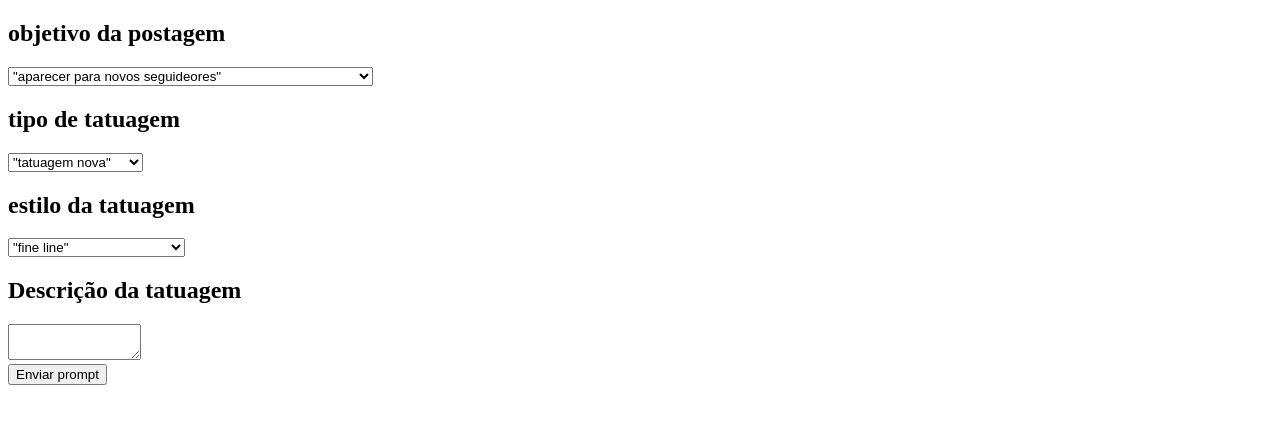
Repository: Ubiratandev/ink_api
Page: ink_IA/ink_ia.html
These files come from the project's save history. The page is drawn as it stood at one moment and after the next save; the edit follows.
The browser window is 1280 px wide. The pictures show the whole page.

Above is the page before, as saved 2026-03-23 23:02:56.

### ink_IA/ink_ia.html
<!DOCTYPE html>
<html>
<head>
    <title>Ink IA</title>
</head>
<body>
   <div class="objetivo">
    <h2>objetivo da postagem</h2>
    <select value = "Objetivo da postagem:" id = "objetivo" onchange={changeObjetivo()}>
    <optgroup>
        <option value = "aparecer para novos seguideores"> "aparecer para novos seguideores"</option>
        <option value = "engajar com pessoas que ja viram as suas postagens">"engajar com pessoas que ja viram as suas postagens"</option>
        <option value = "vender para pessoas que ja engajaram com voce">"vender para pessoas que ja engajaram com voce"</option>
    </optgroup>
   </select>
   <script>
    const changeObjetivo =()=>{
   const objetivo = document.getElementById("objetivo").value;
   }
   </script>
   </div>

   <div class="tipo_tatuagem">


    <h2>tipo de tatuagem</h2>
    <select value = "tipo de tatuagem" id ="tipo" onchange={changeTipo()}>
    <optgroup>
        <option value = "tatuagem nova"> "tatuagem nova"</option>
        <option value = "cobertura">"cobertura"</option>
        <option value = "reforma">"reforma"</option>
    </optgroup>
   </select>
   <script>
   const changeTipo =()=>{
    const tipo = document.getElementById("tipo").value;
   }
   </script>
   </div>



   <div class="estilo da tatuagem">


    <h2>estilo da tatuagem</h2>
    <select value = "estilo da tatuagem" id = "estilo" onchange = {changeEstilo()}>
    <optgroup>
        <option value = "fine line"> "fine line"</option>
        <option value = "realismo preto e cinza">"realismo preto e cinza"</option>
        <option value = "realismo colorido">"realismo colorido"</option>
        <option value = "neotradicional">"neotradicional"</option>

    </optgroup>
   </select>
   <script>
    const changeEstilo = ()=>{
        const estilo = document.getElementById("estilo").value;
    }
   </script>
   </div>


   <div>
    <h2>Descrição da tatuagem</h2>
     <form >
        <textarea row = 3 cols = 14 label ="adicione a descrição da sua tatuagem" id = "descricao"></textarea>
     </form>
     <script>
            let desc = "";
            const descricao = document.getElementById("descricao");
            descricao.addEventListener("input", (e)=>{desc =  e.target.value})
     </script>
   </div>


   <div>
   <button value = "enviar" onclick = {enviarPrompt()}>Enviar prompt</button>
   <script>
    const enviarPrompt =()=>{
        let prompt = `Você é um especialista em marketing para tatuadores.

Crie uma legenda para Instagram com base em:

Descriçao: ${desc}
Tipo: ${tipo.value}
Estilo da tatuagem: ${estilo.value}
Objetivo: ${objetivo.value}


A legenda deve:
- Ser envolvente e natural
- Conversar com o público de tatuagem
- Incluir um CTA sutil

Inclua também:
- 10 hashtags relevantes para o nicho

Retorne no formato:

Legenda:
CTA:
Hashtags:`
console.log(prompt);
    }
   </script>
   </div>
</body>
</html>

After the next save:
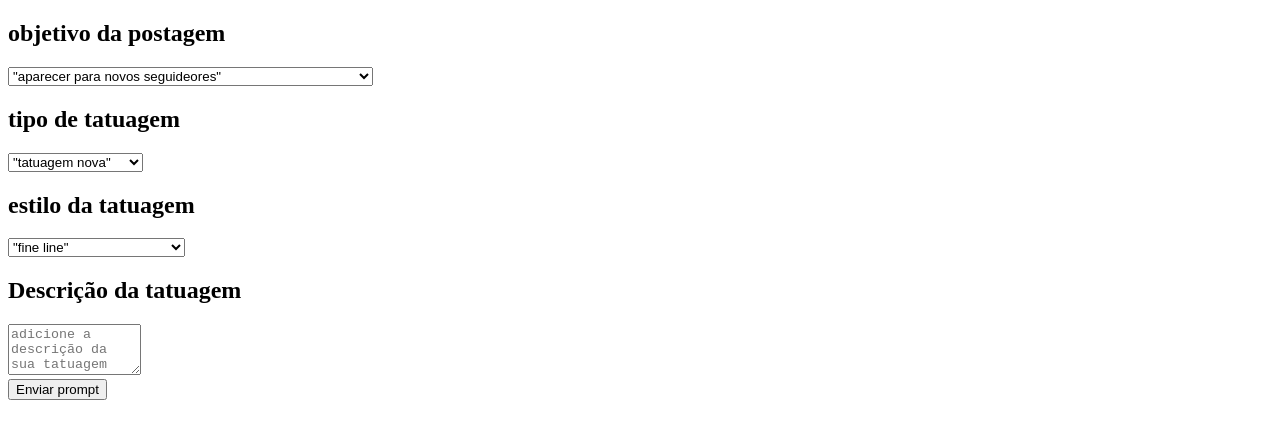
Saved 73 s later.
--- a/ink_IA/ink_ia.html
+++ b/ink_IA/ink_ia.html
@@ -64,7 +64,7 @@
    <div>
     <h2>Descrição da tatuagem</h2>
      <form >
-        <textarea row = 3 cols = 14 label ="adicione a descrição da sua tatuagem" id = "descricao"></textarea>
+        <textarea rows = 3 cols = 14 placeholder ="adicione a descrição da sua tatuagem" id = "descricao"></textarea>
      </form>
      <script>
             let desc = "";
